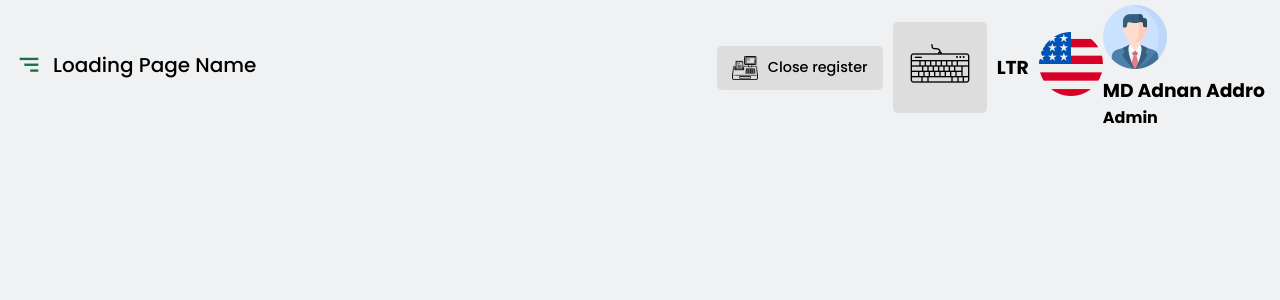
Repository: codebyaddro/pos-navbar
Page: index.html
An editor plug-in stored every save of this project. The page is shown before and after a run of saves, followed by the edit.
The browser window is 1280 px wide. The pictures show the whole page.

Above is the page before, as saved 2025-02-13 16:03:50.

After the next 2 saves:
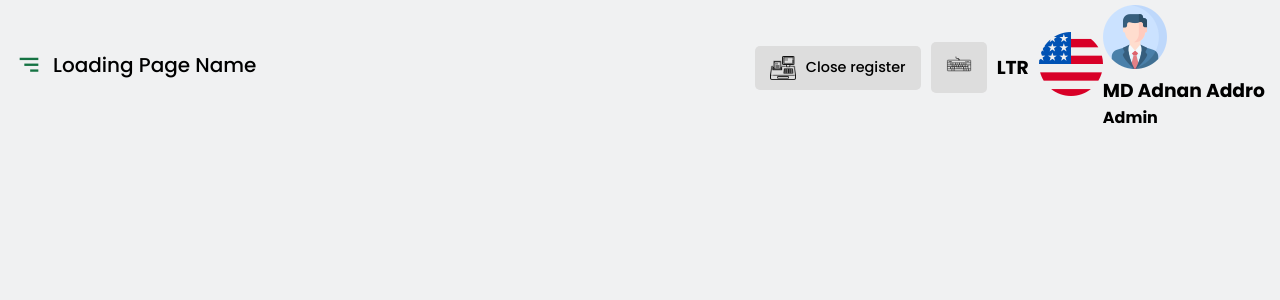
The 2 saves are shown as one change because they came seconds apart.
The last was saved 16 s later.
--- a/css/style.css
+++ b/css/style.css
@@ -123,3 +123,9 @@
     border-radius: 5px;
     cursor: pointer;
 }
+
+.cba-nav-keyboard-shortcut img {
+    height: 24px;
+    width: 26px;
+    cursor: pointer;
+}
